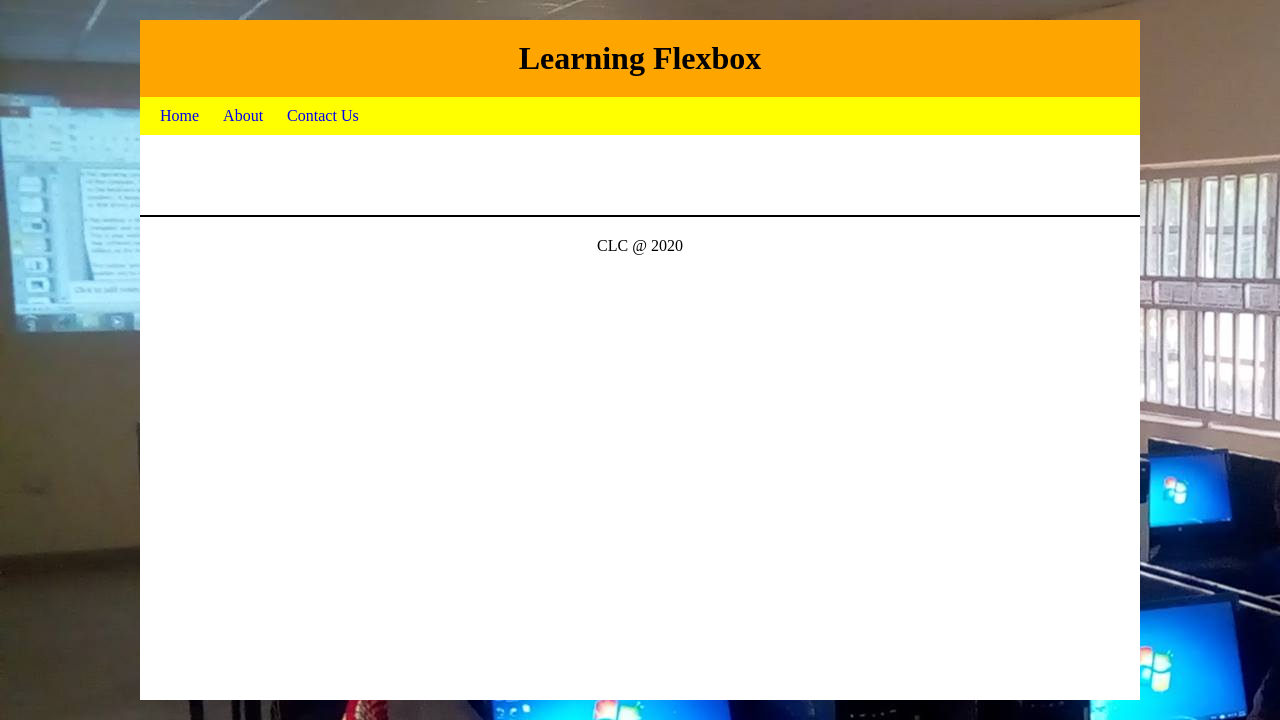
Repository: mofrey-max/clc-second
Page: about.html
The author's editor kept a copy of each file at every save. The page is drawn from the files as they stood at one save, then again after the next save.
The browser window is 1280 px wide. The pictures show the whole page.

Above is the page before, as saved 2020-06-02 11:27:12.

### about.html
<html>
<head>
<title>html class</title>
<link rel="stylesheet" href="style.css"
</head>
<body>
<div id="wrapper">
    <header id="head">
        <h1> Learning Flexbox</h1>
    </header>
    <nav id="navigation">
        <ul>
        <li><a href="#">Home</a></li>
        <li><a href="about.html">About</a></li>
        <li><a href="contact.html">Contact Us</a></li>
        </ul>
    </nav>
    <div id="new">
        <section id="main">
            <div id="history">
            </div>
        </section>

    </div>
    <footer id="copyright">
     CLC @ 2020
    </footer>
</div>
</body>
</html>

### style.css
*{
    padding: 0px;
    margin:0px;
}

header, aside, nav, footer, article, section, hgroup{
    display: block;
}

body{
    width: 100%;
    display: -webkit-box;
    -webkit-box-pack: center;
    background-image:url(assets/bg.jpg)

}
a:hover {
    background-color: blue;
    padding: 10px;
    color:white;
}

a:link{
    text-decoration: none;
}
a:visited{
    background-color: red;
    padding: 10px;
}
#head{
    background-color:orange;
    text-align: center;
    padding: 20px;
}

#wrapper{
    max-width: 1000px;
    background-color: #ffffff;
    display: -webkit-box;
    margin: 20px 0px;
    -webkit-box-orient: vertical;
    -webkit-box-flex: 1;
}

#navigation{
    background-color: yellow;
    padding: 10px;
}

#navigation li{
    display: inline;
    padding: 10px;
}

#main{
    padding: 30px;
    -webkit-box-flex: 1;
}

article{
    border: 2px solid black;
    display: -webkit-box;
    margin:10px;
    padding:10px;
    -webkit-box-orient: vertical;
    -webkit-box-flex: 1;
}

#new{
    display: -webkit-box;
    -webkit-box-orient: horizontal;
}

#aside_box{
    border: 1px solid orange;
    padding: 10px;
    width: 230px;
    margin:0px;

}
#history{
    text-align: center;
    color:white;
    background-color:black;
}
#copyright{
    border-top: 2px solid black;
    text-align: center;
    padding: 20px;
    margin-top: 20px

}

After the next save:
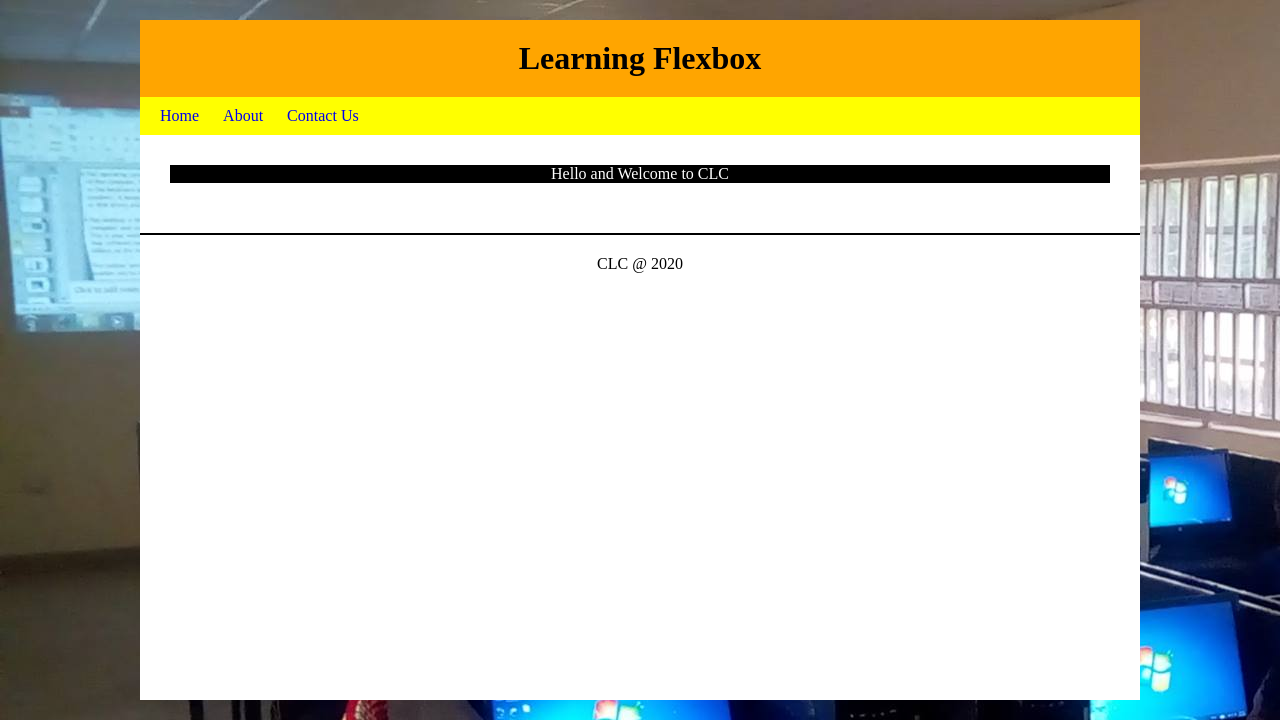
Saved 65 s later.
--- a/about.html
+++ b/about.html
@@ -18,6 +18,7 @@
     <div id="new">
         <section id="main">
             <div id="history">
+            <p>Hello and Welcome to CLC</p>
             </div>
         </section>
 
